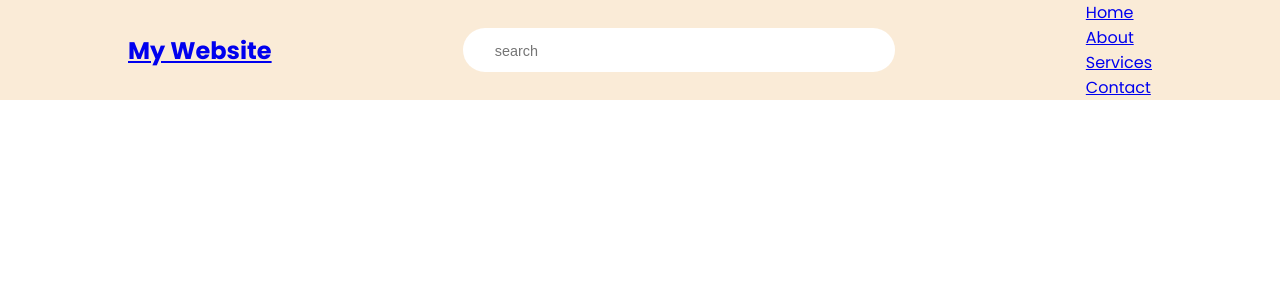
Repository: vncntxl/assesment3
Page: index.html
The author's editor kept a copy of each file at every save. The page is drawn from the files as they stood at one save, then again after the next save.
The browser window is 1280 px wide. The pictures show the whole page.
Some icons come from a web library that is not loaded, so they are not drawn.

Above is the page before, as saved 2024-08-21 17:14:46.

After the next save:
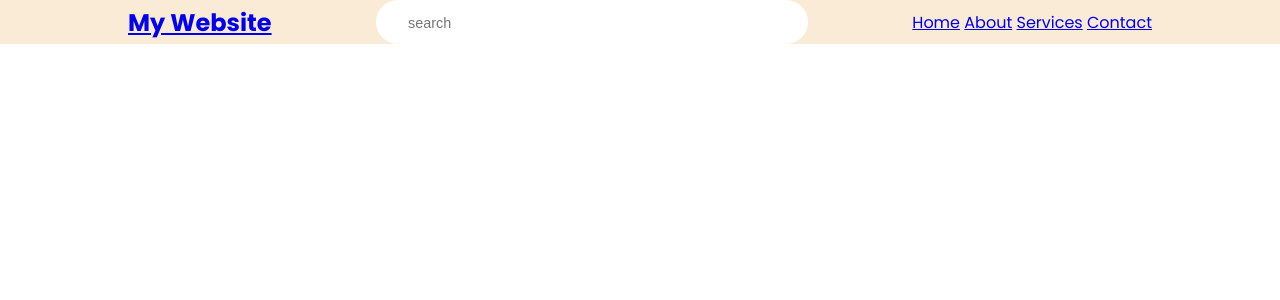
Saved 25 s later.
--- a/styles.css
+++ b/styles.css
@@ -53,5 +53,5 @@ ul{
 }
 
 nav li {
-    display: flex;
+    display: inline-block
 }
